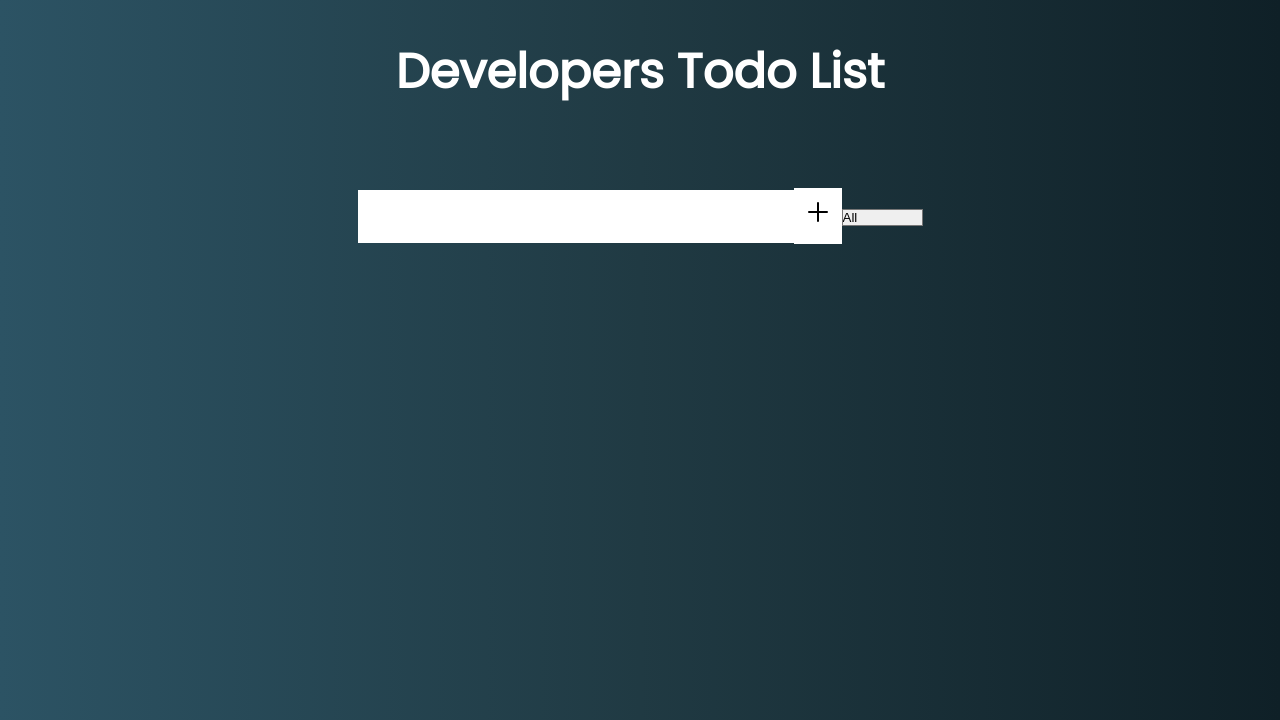
Repository: DevAntonioRogers/Vanilla-TodoList
Page: index.html
An editor plug-in stored every save of this project. The page is shown before and after the next save, followed by the edit.
The browser window is 1280 px wide. The pictures show the whole page.

Above is the page before, as saved 2023-05-12 01:12:57.

After the next save:
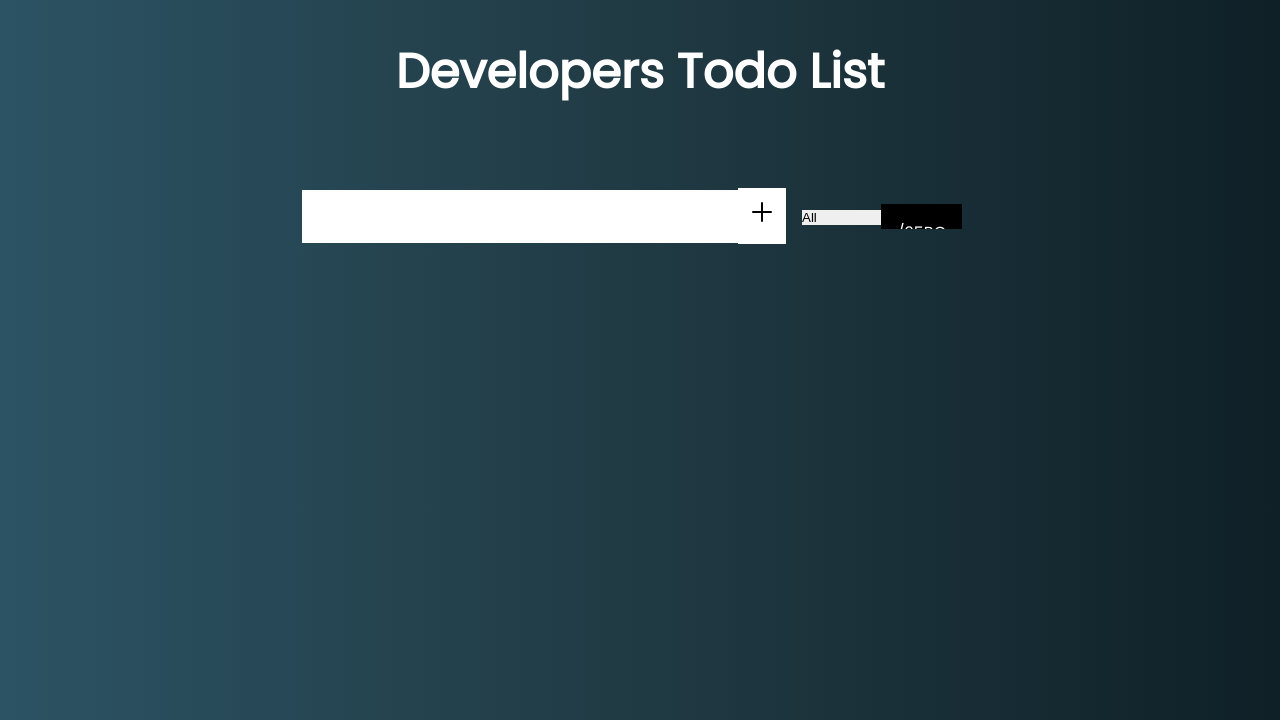
Saved 117 s later.
--- a/style.css
+++ b/style.css
@@ -95,4 +95,28 @@ form button {
 
 select {
   appearance: none;
+  outline: none;
+  border: none;
 }
+
+.select {
+  margin: 1rem;
+  position: relative;
+  overflow: hidden;
+}
+
+select {
+  color: black;
+  width: 10rem;
+  cursor: pointer;
+}
+
+.select::after {
+  content: "/25BC";
+  position: absolute;
+  background-color: black;
+  top: 0;
+  right: 0;
+  padding: 1rem;
+  pointer-events: none;
+}
